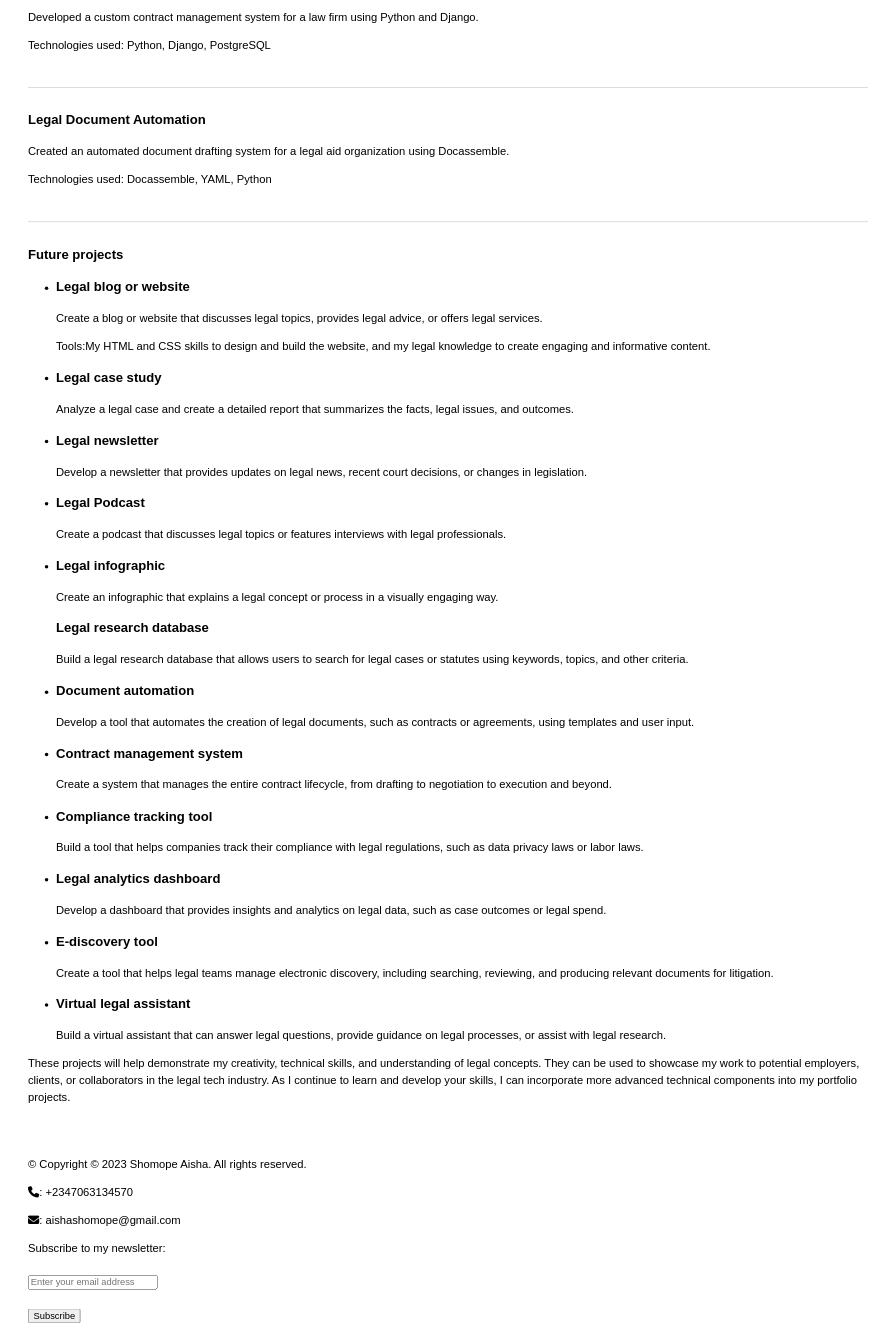
Repository: Iyewande/AishasPortfolio
Page: Index.html
An editor plug-in stored every save of this project. The page is shown before and after the next save, followed by the edit.
The browser window is 1280 px wide. The pictures show the part of the page from y = 1595 to 3515 px (the page is 3515 px tall), at 70% of full size.
Some web libraries are served in a nearby version.

Above is the page before, as saved 2023-04-30 23:10:19.

### Index.html
<!DOCTYPE html>
<html lang="en">
    <head>
        <meta charset="UTF-8">
        <meta http-equiv="X-UA-Compatible" content="IE=edge">
        <meta name="viewport" content="width=device-width, initial-scale=1.0">
        <title>My Legal Tech Portfolio</title>
        <link rel="stylesheet" href="Style.css">
        <script src="https://kit.fontawesome.com/dcc74d8766.js" crossorigin="anonymous"></script>
    </head>
    <body>
        <!-- This HTML code creates a simple portfolio website with three main sections: About Me, My Projects, and My Skills.
            The navigation menu allows visitors to easily navigate between the sections of the website. The CSS styling for
            this website is located in a separate style.css file. -->
        <header>
            <h1> Aisha Shomope's Legal Tech Portfolio </h1>
            <nav>
                <ul>
                    <li><a href="#about">About Me</a></li>
                    <li><a href="#skills">My Skills</a></li>
                    <li><a href="#projects">My Projects</a></li>
                    <li><a href="https://www.linkedin.com/in/shomope-aisha-ayobola/"><i class="fa-brands fa-linkedin"></i>LinkedIn</a></li>
                    <li><a href="https://twitter.com/ShomopeAisha"><i class="fa-brands fa-twitter"></i>Twitter</a></li>
                  </ul>
            </nav>
        </header>
        <main>
            <section id="about">
                <div class="main-container"></div>
                <img src="E17CF07F-F5B1-4C94-9C3E-8D25C5FEC29B.jpg" alt="A picture of me" height="500" width="500">
                <h2>About Me</h2>
                <p>Hi there! I'm a legal tech newbie with a passion for using technology to improve legal processes. I'm excited to
                    showcase my work and skills on this portfolio website. But before that, let me give you a little background story about myself.</p>
                <article>
                    As a recent graduate of the University of Ilorin with a bachelor's degree in Common and Islamic law (combined law), I found myself drawn to the world of legal technology. I was fascinated by the potential of technology to solve problems in the legal profession, and I knew that this was where I wanted to focus my career.
                    However, I quickly realized that my knowledge of law alone was not enough to make an impact in legal tech. I needed to learn new skills, particularly in programming languages, in order to truly make a difference. I embarked on a self-study journey to learn programming languages, but I soon found that it was not enough. I needed a structured learning environment, with guidance and mentorship, to truly make progress.
                    That's when I discovered the TIIDELab Prefellowship 3.0 program. The program offered a comprehensive curriculum in tech, with a focus on legal tech, and provided the structure and guidance I needed to succeed. I knew that this was the perfect opportunity for me to transition into tech and achieve my goal of solving problems in the legal profession.
                    I joined the program with a sense of excitement and determination, eager to learn as much as I could. Over the course of the program, I successfully learned HTML and CSS, and I am now looking forward to diving into JavaScript. This milestone is a major achievement for me, and it has given me the confidence to pursue even more ambitious goals in the future.
                    I am thrilled to see what other things I get to accomplish in the future, thanks to the knowledge and skills I have gained through the TIIDELab Prefellowship 3.0 program. With a strong foundation in both law and tech, I am confident that I can make a meaningful impact in the legal tech industry and help drive innovation and progress in the years to come</article>
                <p>When I'm not tinkering with legal tech, I enjoy spending time with loved ones, reading, board games and trying new recipes.</p>
              </section>
              <section id="skills">
                <div class="main-container"></div>
                <h2>My Skills</h2>
                <ul>
                    <li>Legal knowledge</li>
                    <li>Technical Skills</li>
                    <li>Project Management</li>
                    <li>Problem-Solving</li>
                    <li>Communication</li>
                    <li>Continuous learning</li>
                    <li>Attention to detail</li>
                    <li>HTML</li>
                    <li>CSS</li>
                    <li>JavaScript</li>
                    <li>Python</li>
                </ul>
              </section>
              <section id="projects">
                <div class="main-container"></div>
                <h2>My Projects</h2>
                <ul>
                  <li>
                    <h3>Contract Management System</h3>
                    <p>Developed a custom contract management system for a law firm using Python and Django.</p>
                    <p>Technologies used: Python, Django, PostgreSQL</p>
                  </li>
                  <li>
                    <h3>Legal Document Automation</h3>
                    <p>Created an automated document drafting system for a legal aid organization using Docassemble.</p>
                    <p>Technologies used: Docassemble, YAML, Python</p>
                  </li>
                </ul>
              </section>
              <section>
                <h3>Future projects</h3>
                <!-- As a complete legal tech newbie with only legal knowledge, HTML, and CSS skills, you can still build a portfolio
                       that showcases your abilities and potential. Here are some project ideas: -->

                <ul>
                    <li>
                        <h3>Legal blog or website</h3>
                        <p>Create a blog or website that discusses legal topics, provides legal advice, or offers legal services.</p>
                        <p>Tools:My HTML and CSS skills to design and build the website, and my legal knowledge to create
                            engaging and informative content.</p>
                    </li>
                    <li>
                        <h3>Legal case study</h3>
                        <p> Analyze a legal case and create a detailed report that summarizes the facts, legal issues, and outcomes.</p>
                    </li>
                    <li>
                        <h3>Legal newsletter</h3>
                        <p>Develop a newsletter that provides updates on legal news, recent court decisions, or changes in legislation.</p>
                    </li>
                    <li>
                        <h3>Legal Podcast </h3>
                        <p>Create a podcast that discusses legal topics or features interviews with legal professionals.</p>
                    </li>
                    <li>
                        <h3>Legal infographic</h3>
                        <p>Create an infographic that explains a legal concept or process in a visually engaging way.</p>
                    </li>
                    <h3>Legal research database</h3>
                    <p>Build a legal research database that allows users to search for legal cases or statutes using keywords, topics, and other criteria.</p>
                    </li>
                    <li>
                        <h3>Document automation</h3>
                        <p>Develop a tool that automates the creation of legal documents, such as contracts or agreements, using templates and user input.</p>
                    </li>
                    <li>
                        <h3>Contract management system</h3>
                        <p>Create a system that manages the entire contract lifecycle, from drafting to negotiation to execution and beyond.</p>
                    </li>
                    <li>
                        <h3>Compliance tracking tool</h3>
                        <p>Build a tool that helps companies track their compliance with legal regulations, such as data privacy laws or labor laws.</p>
                    </li>
                    <li>
                        <h3>Legal analytics dashboard</h3>
                        <p>Develop a dashboard that provides insights and analytics on legal data, such as case outcomes or legal spend.</p>
                    </li>
                    <li>
                        <h3>E-discovery tool</h3>
                        <p>Create a tool that helps legal teams manage electronic discovery, including searching, reviewing, and producing relevant documents for litigation.</p>
                    </li>
                    <li>
                        <h3>Virtual legal assistant</h3>
                        <p>Build a virtual assistant that can answer legal questions, provide guidance on legal processes, or assist with legal research.</p>
                    </li>
                </ul>
              </section>
              <p>These projects will help demonstrate my creativity, technical skills, and understanding of legal concepts.
                They can be used to showcase my work to potential employers, clients, or collaborators in the legal tech industry.
                As I continue to learn and develop your skills, I can incorporate more advanced technical components into my
                portfolio projects.</p>

        </main>
        <!-- footer: contains content that appears at the bottom of the page, such as copyright information. -->
        <footer>
            <div class="footer-container">
                <p>&copy; Copyright © 2023 Shomope Aisha. All rights reserved.</p>
                <div class="contact">
                    <p><i class="fa-sharp fa-solid fa-phone"></i>: +2347063134570</p>
                    <p><i class="fa-solid fa-envelope"></i>: aishashomope@gmail.com</p>
                </div>
                <form action="#" method="post">
                    <label for="subscribe">Subscribe to my newsletter:</label>
                    <br><br>
                    <input type="email" id="subscribe" name="subscribe" placeholder="Enter your email address">
                    <br><br>
                    <button id=btn type="submit">Subscribe</button>
                </form>
            </div>
        </footer>
    </body>
</html>

### Style.css
/* Global styles */
/* This CSS file defines styles for the entire website, as well as specific styles for the different sections of the website.
For example, the header element has a dark background color and white text color, while the #skills section uses a grid layout
to display a list of skills. These styles are used to enhance the design and usability of the website.*/

/* body {
    font-family: Arial, sans-serif;
    font-size: 16px;
    line-height: 1.5;
    margin: 0;
    padding: 0;
  }

  h1, h2, h3 {
    font-family: 'Montserrat', sans-serif;
  }

  header {
    background-color: #333;
    color: #fff;
    display: flex;
    justify-content: space-between;
    padding: 1em;
  }

  nav ul {
    display: flex;
    list-style: none;
    margin: 0;
    padding: 0;
  }

  nav ul li {
    margin-right: 1em;
  }

  nav ul li a {
    color: #fff;
    text-decoration: none;
  }

  nav ul li a:hover {
    text-decoration: underline;
  }

  section {
    margin: 2em 0;
  }

  /* Specific styles */

  #about {
    background-color: rgb(243, 235, 243);
    padding: 2em;
  }

  #about p {
    margin-bottom: 1em;
  }

  #projects ul {
    list-style: none;
    margin: 0;
    padding: 0;
  }

  #projects li {
    border-bottom: 1px solid #ccc;
    margin-bottom: 2em;
    padding-bottom: 2em;
  }

  #projects h3 {
    margin-top: 0;
  }

  #projects p {
    margin-bottom: 1em;
  }

  #skills ul {
    display: grid;
    grid-template-columns: repeat(auto-fit, minmax(120px, 1fr));
    grid-gap: 1em;
  }

  #skills li {
    background-color: #f7f7f7;
    border: 1px solid #ccc;
    border-radius: 4px;
    padding: 1em;
    text-align: center;
  }
   */
  /* Global Styles */
* {
    box-sizing: border-box;
    margin: 0;
    padding: 0;
}

body {
    font-family: Arial, sans-serif;
    font-size: 16px;
    line-height: 1.5;
}

header, main, footer {
    max-width: 1200px;
    margin: 0 auto;
    padding: 20px;
}

/* Header Styles */
header {
    background-color: rgb(34, 4, 63);
    color: #fff;
}

.header-container {
    display: flex;
    justify-content: space-between;
    align-items: center;
}

nav ul {
    display: flex;
    list-style: none;
}

nav ul li {
    margin: 0 10px;
}

nav ul li a {
    color: #fff;
    text-decoration: none;
}

nav ul li a:hover {
    text-decoration: underline;
}


article {

}

.btn {
    background-color:plum
}

After the next save:
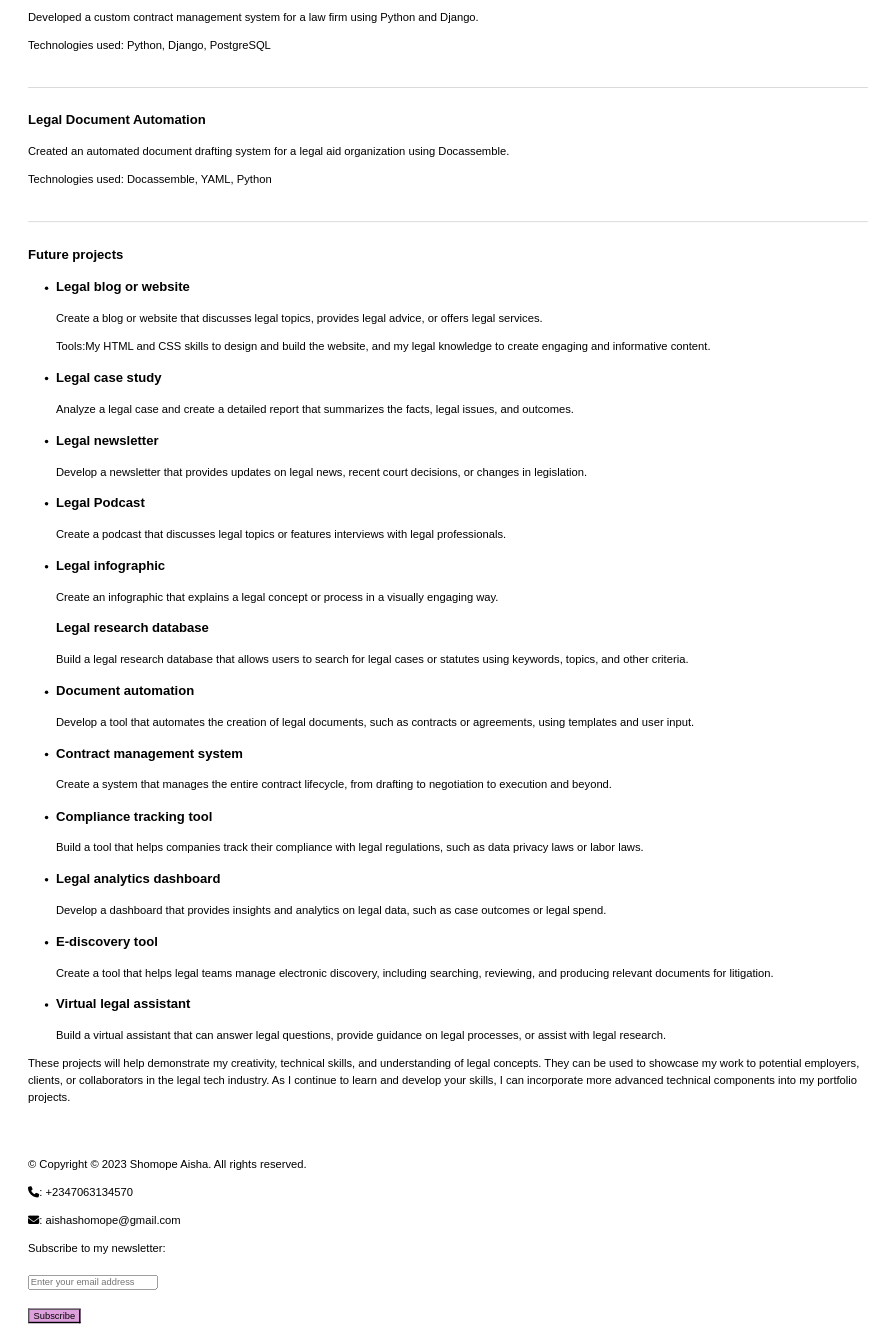
Saved 2 min 16 s later.
--- a/Index.html
+++ b/Index.html
@@ -148,7 +148,7 @@
                     <br><br>
                     <input type="email" id="subscribe" name="subscribe" placeholder="Enter your email address">
                     <br><br>
-                    <button id=btn type="submit">Subscribe</button>
+                    <button class=btn type="submit">Subscribe</button>
                 </form>
             </div>
         </footer>
